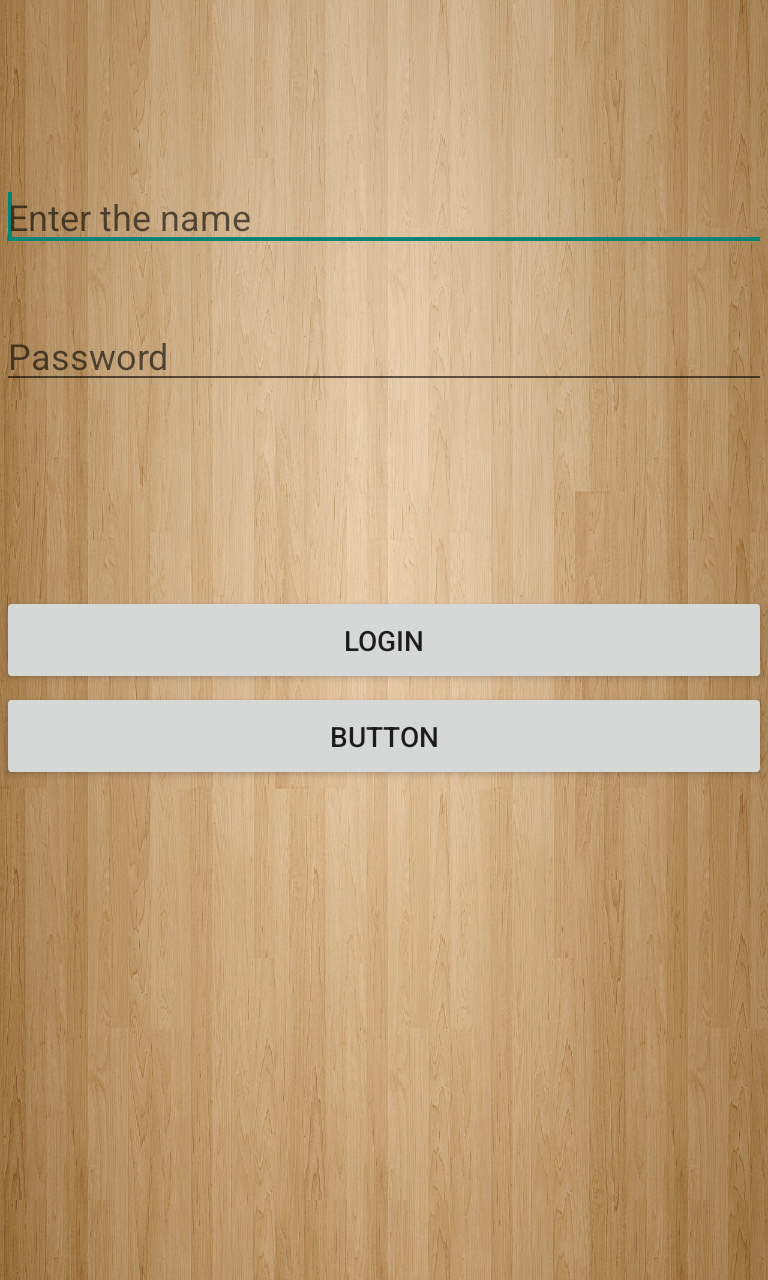
Repository: vipinvkamara/SampleProgram
Layout: SharedPreferance/res/layout/activity_main.xml
An editor plug-in stored every save of this project. The layout is shown before and after the next save, followed by the edit.
It is drawn on a 768 x 1280 px phone screen (xhdpi) without system bars, with theme AppTheme; the app's code is not run.

Above is the layout before, as saved 2015-01-02 08:26:37.

After the next save:
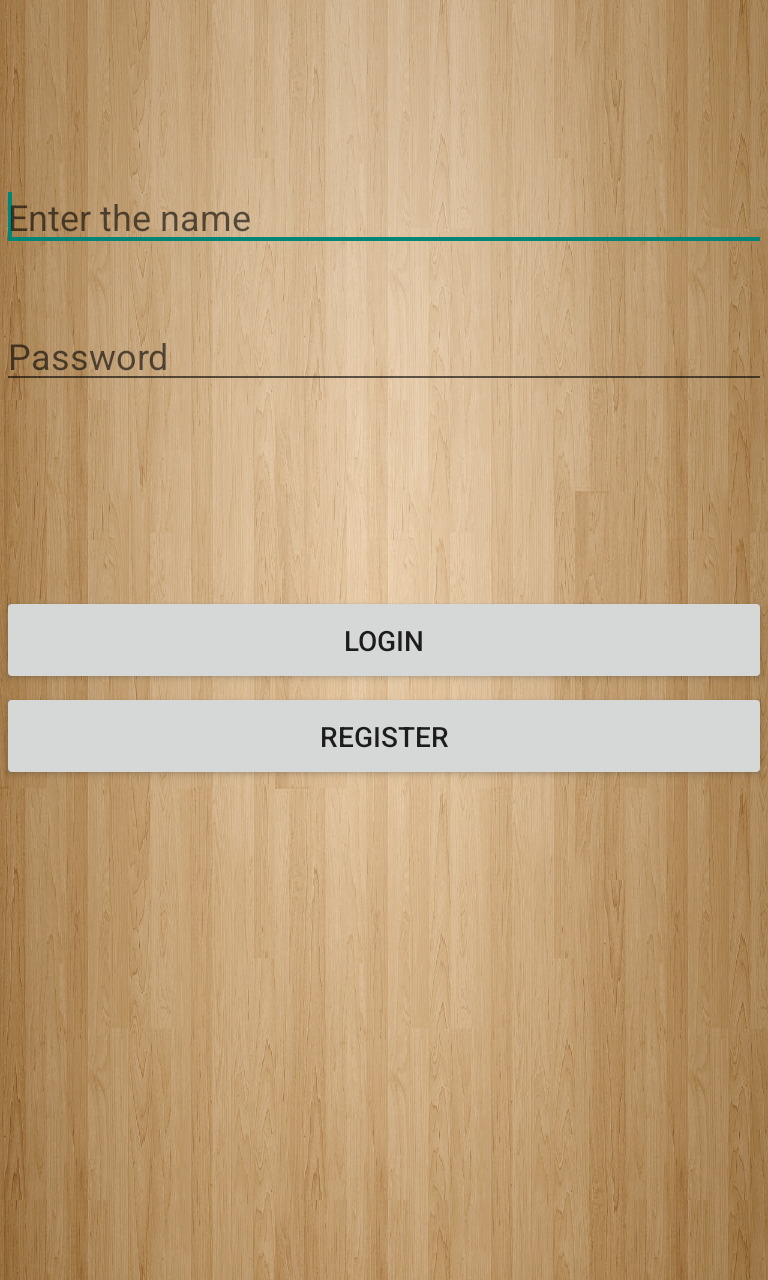
Saved 4 s later.
--- a/SharedPreferance/res/layout/activity_main.xml
+++ b/SharedPreferance/res/layout/activity_main.xml
@@ -42,9 +42,9 @@
         android:id="@+id/button2"
         android:layout_width="match_parent"
         android:layout_height="wrap_content"
-        android:onClick="onRegister"
         android:layout_alignParentLeft="true"
         android:layout_below="@+id/button1"
-        android:text="Button" />
+        android:onClick="onRegister"
+        android:text="REGISTER" />
 
 </RelativeLayout>
